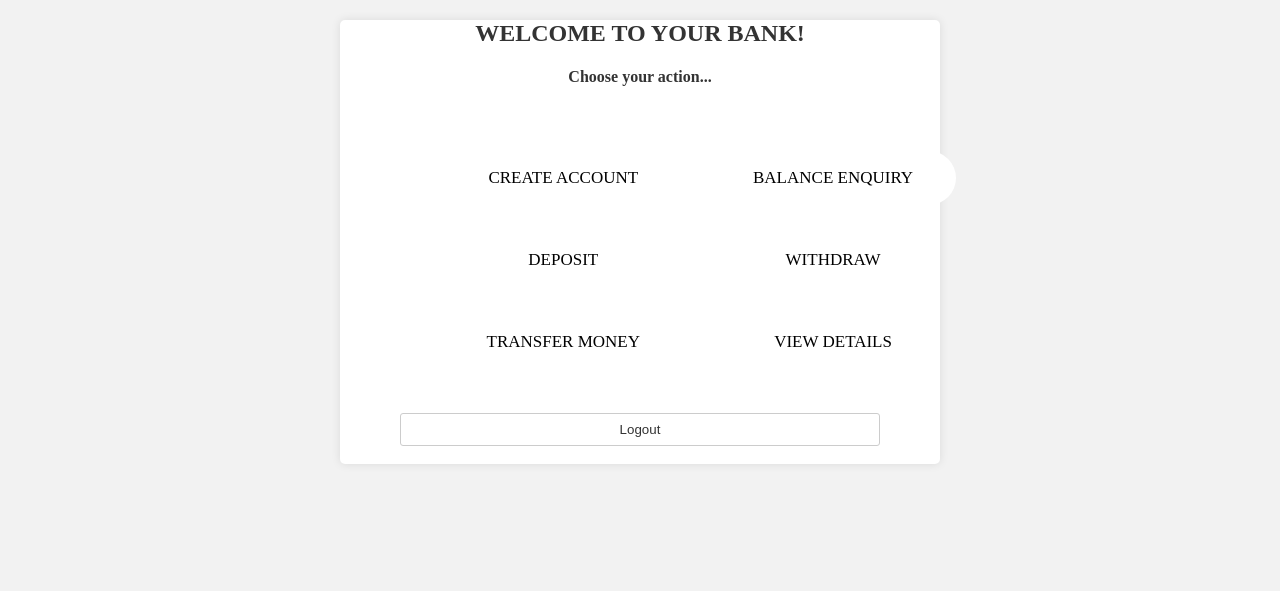
Repository: mansistic-0n3/Java_IGT
Page: Java Project/BankServlet/src/main/webapp/Home.html
An editor plug-in stored every save of this project. The page is shown before and after the next save, followed by the edit.
The browser window is 1280 px wide. The pictures show the whole page.

Above is the page before, as saved 2023-07-03 06:29:25.

After the next save:
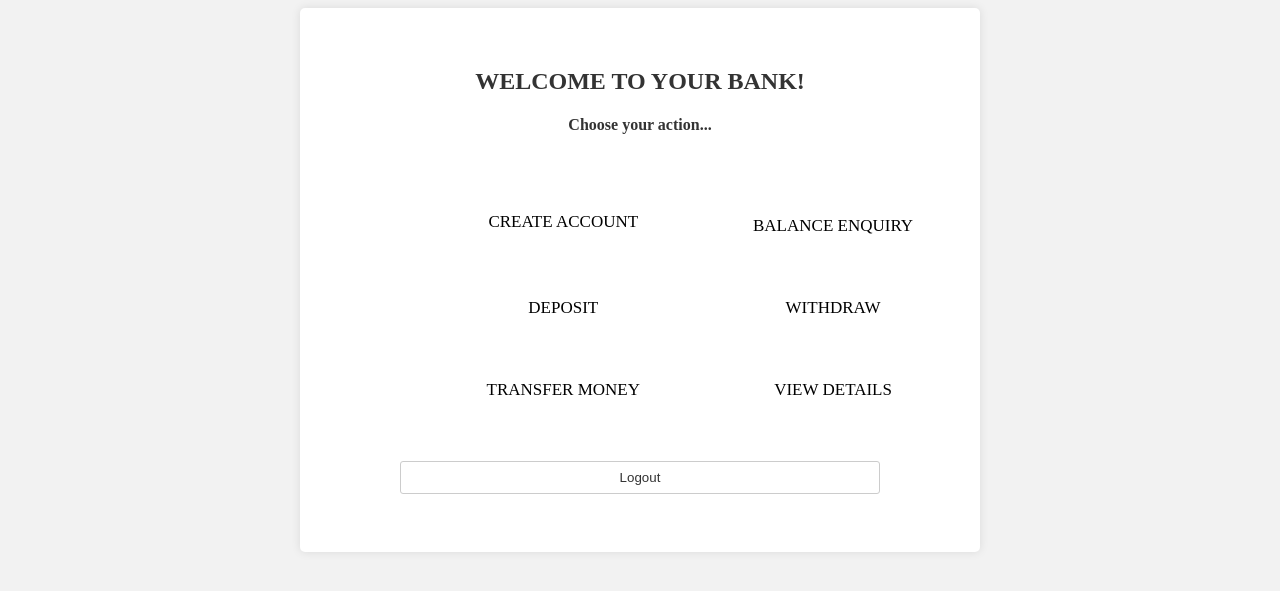
Saved 54 s later.
--- a/Java Project/BankServlet/src/main/webapp/Home.html
+++ b/Java Project/BankServlet/src/main/webapp/Home.html
@@ -67,11 +67,11 @@
   </style>
 </head>
 <body style="background-color: #f2f2f2; text-align:center;">
-<div style="max-width: 600px; margin: 0 auto; padding: 0px; background-color: #ffffff; border-radius: 5px; box-shadow: 0 0 10px rgba(0, 0, 0, 0.1);">
+<div style="max-width: 600px; margin: 0 auto; padding: 40px; background-color: #ffffff; border-radius: 5px; box-shadow: 0 0 10px rgba(0, 0, 0, 0.1);">
  <h2 style="text-align: center; color: #333333;">WELCOME TO YOUR BANK!</h2>
  <h4 style="text-align: center; color: #333333;">Choose your action...</h4>
   <div style="display: grid; grid-template-columns: repeat(2, 1fr); gap: 20px; max-width: 400px; margin: 0 auto; padding: 40px;">
-   <form action="create.html"> <div style="text-align: center;padding:4px;">
+   <form action="create.html"> <div style="text-align: center;">
       <input type="submit" value = "CREATE ACCOUNT" class="btn">
     </div></form>
     <form action="Bal.html"> <div style="text-align: center;padding:4px;">
